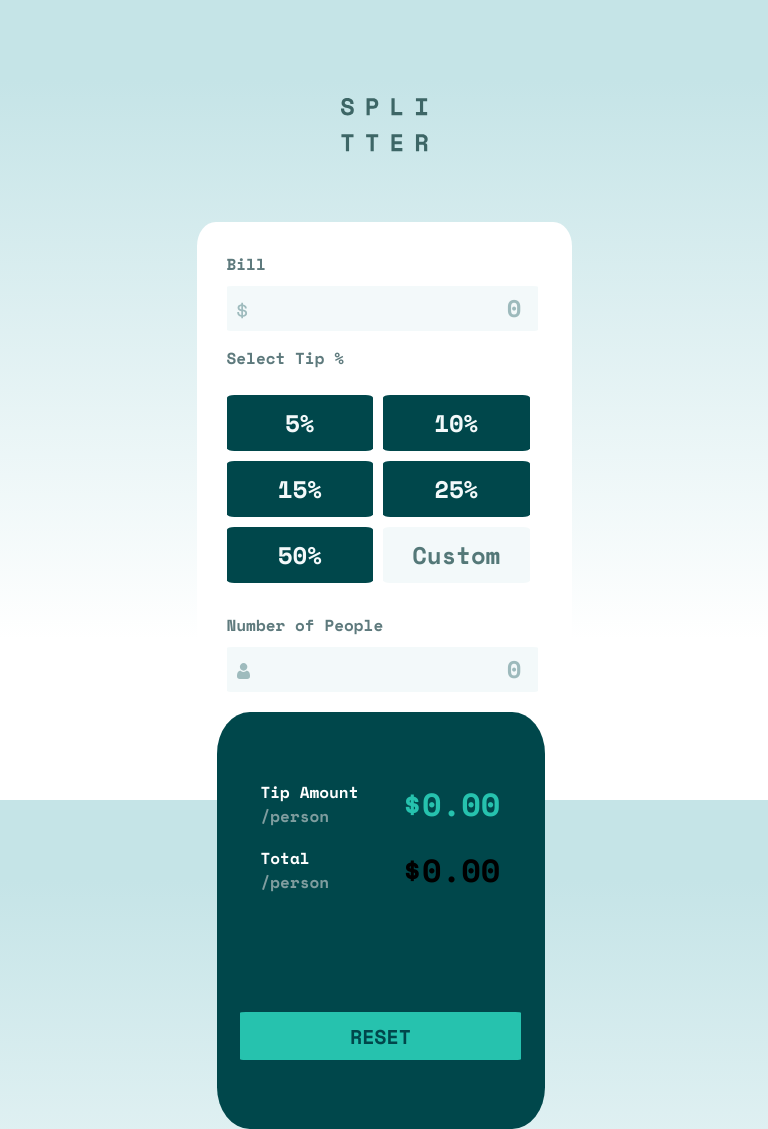
Repository: Arkitecth/tip-calculator
Page: index.html
The author's editor kept a copy of each file at every save. The page is drawn from the files as they stood at one save, then again after the next save.
The browser window is 768 px wide. The pictures show the whole page.

Above is the page before, as saved 2023-06-09 20:20:48.

After the next save:
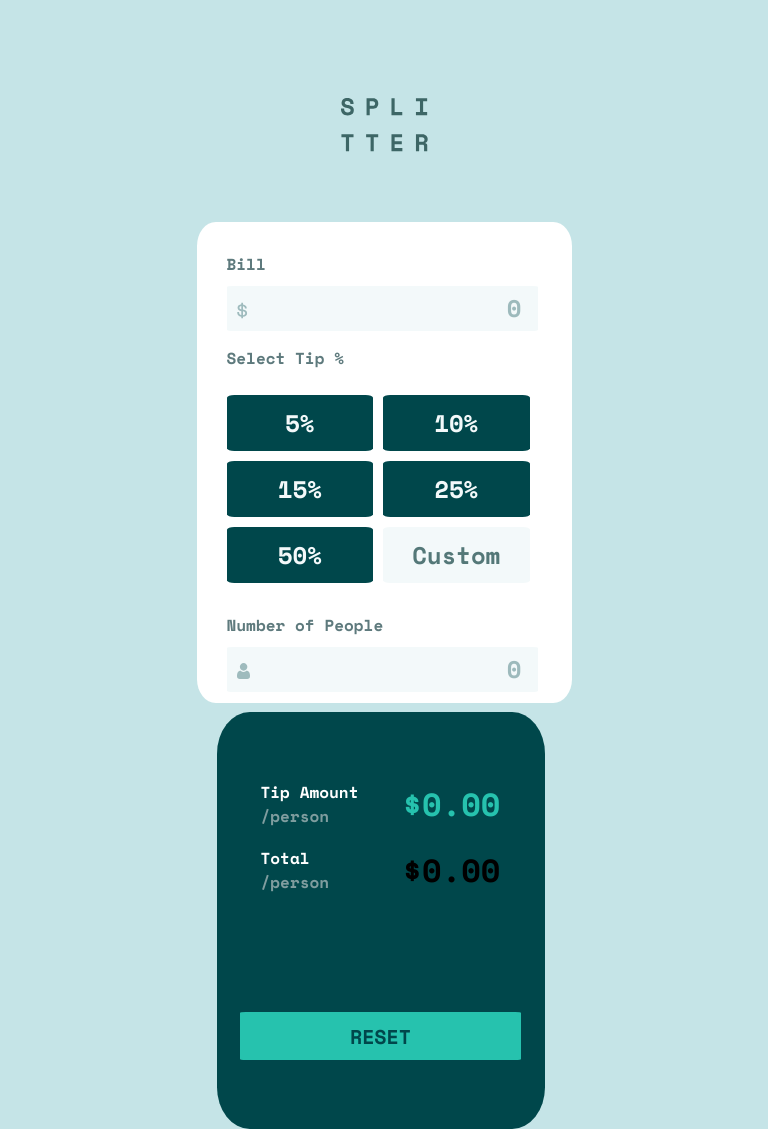
Saved 51 s later.
--- a/styles.css
+++ b/styles.css
@@ -188,11 +188,6 @@
 }
 
 @media screen and (max-width:956px) {
-
-    body {
-        background: rgb(197,228,231);
-        background: linear-gradient(180deg, rgba(197,228,231,1) 10%, rgba(255,255,255,1) 80%);
-    }
     .app {
         display: grid;
         grid-template-rows: 1fr 1fr;
